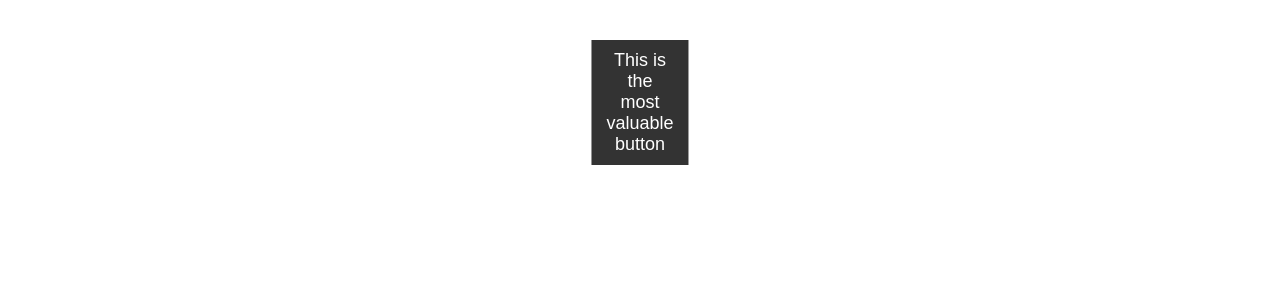
Repository: sayco/CSS-Front-End-Tutorials---Elzero
Page: 4-Create Tooltip In All Positions/index.html
An editor plug-in stored every save of this project. The page is shown before and after the next save, followed by the edit.
The browser window is 1280 px wide. The pictures show the whole page.

Above is the page before, as saved 2021-06-14 23:32:15.

After the next save:
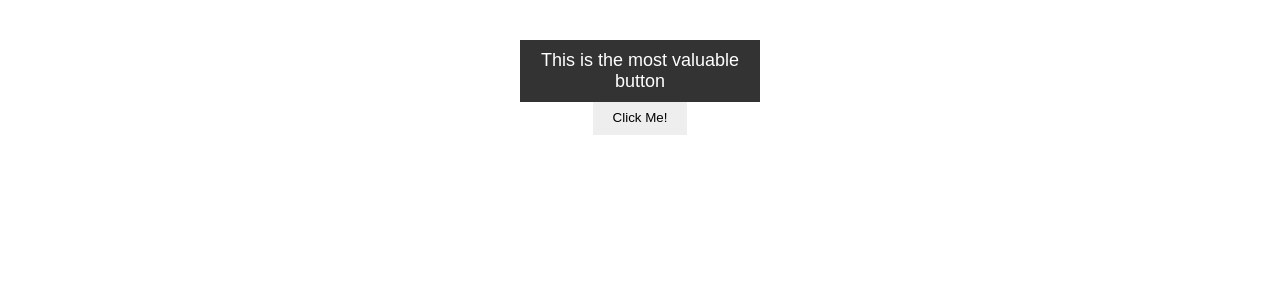
Saved 12 s later.
--- a/4-Create Tooltip In All Positions/style.css
+++ b/4-Create Tooltip In All Positions/style.css
@@ -30,6 +30,7 @@ button span
     left: 50%;
     transform: translateX(-50%);
     font-size: 18px;
+    min-width: 240px;
     padding: 10px 15px;
     top: -60px
 }
